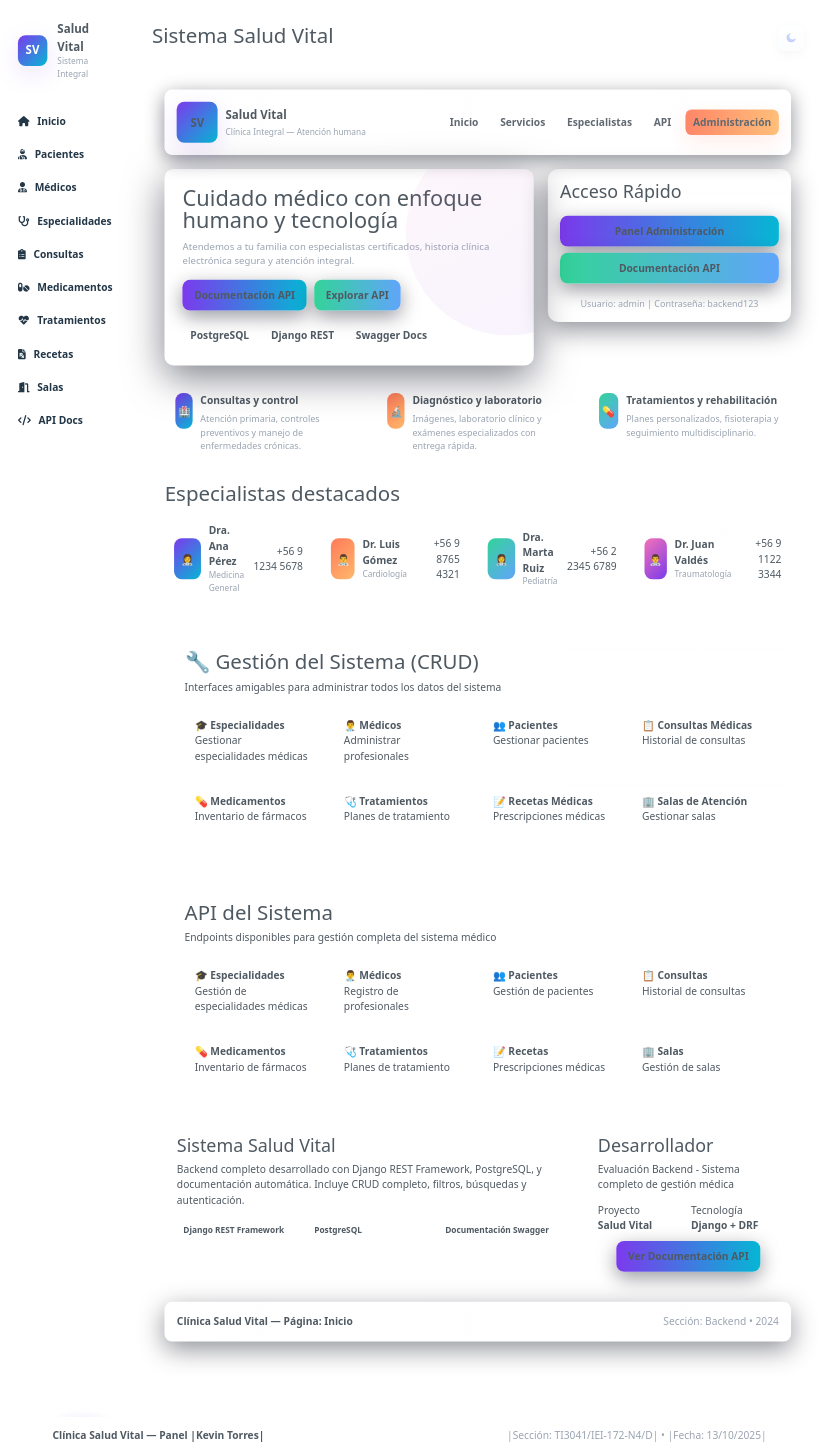
Repository: KeviNozh/eva2_clinica
Page: templates/index.html
These files come from the project's save history. The page is drawn as it stood at one moment and after the next save; the edit follows.
The browser window is 1280 px wide. The pictures show the whole page, at 64% of full size.
The template is drawn by Django 5.2. The application's start-up code is not run. Other server files are loaded and not shown. The template is opened directly, without the code that normally fills it, so the values that code supplies are empty.

Above is the page before, as saved 2025-10-14 19:46:17.

### templates/index.html
{% extends 'base.html' %}

{% block title %}Inicio - Salud Vital{% endblock %}

{% block content %}
<!DOCTYPE html>
<html lang="es">
<head>
  <meta charset="utf-8" />
  <meta name="viewport" content="width=device-width,initial-scale=1" />
  <style>
  /* Paleta viva y variables */
  :root{
    --bg:#ffffff;      /* fondo oscuro general */
    --soft-bg:#f6fbff;          /* paneles claros */
    --glass: rgba(224, 255, 246, 0.06);
    --muted:#9aa4b2;
    --white:#4f5962;

    --c1-start:#7c3aed; --c1-end:#06b6d4;   /* morado -> cian */
    --c2-start:#ff7a59; --c2-end:#ffb86b;   /* naranja -> amarillo */
    --c3-start:#34d399; --c3-end:#60a5fa;   /* verde -> azul */
    --c4-start:#f472b6; --c4-end:#7c3aed;   /* rosa -> morado */

    --radius:14px;
    --shadow-lg: 0 18px 60px rgba(2,6,23,0.5);
    --max-width:1200px;
    font-family: Inter, system-ui, -apple-system, "Segoe UI", Roboto, "Helvetica Neue", Arial, sans-serif;
    color-scheme: dark;
  }

  /* Reset y layout */
  *{box-sizing:border-box}
  html,body{height:100%;margin:0;background:
    radial-gradient(600px 300px at 10% 10%, rgba(124,58,237,0.12), transparent 10%),
    radial-gradient(500px 240px at 90% 70%, rgba(6,182,212,0.08), transparent 8%),
    var(--bg);
    -webkit-font-smoothing:antialiased;color:var(--white);
  }
  a{color:inherit;text-decoration:none}
  .wrap{max-width:var(--max-width);margin:30px auto;padding:20px}

  /* Header */
  header.site{
    display:flex;align-items:center;gap:16px;padding:18px;border-radius:12px;
    background: linear-gradient(90deg, rgba(255,255,255,0.03), rgba(255,255,255,0.02));
    border: 1px solid rgba(255,255,255,0.04);
    box-shadow: 0 8px 30px rgba(2,6,23,0.45);
  }
  .brand{display:flex;gap:12px;align-items:center}
  .logo{
    width:64px;height:64px;border-radius:12px;background:linear-gradient(135deg,var(--c1-start),var(--c1-end));
    display:grid;place-items:center;font-weight:900;font-size:18px;color:var(--white);box-shadow:0 12px 40px rgba(124,58,237,0.14)
  }
  .brand .title{font-weight:800;font-size:18px}
  .brand .subtitle{font-size:13px;color:var(--muted);margin-top:4px}

  nav.main{margin-left:auto;display:flex;gap:10px;align-items:center}
  .nav-link{padding:8px 12px;border-radius:10px;color:var(--white);opacity:0.9;font-weight:700}
  .nav-link.ghost{background:transparent;border:1px solid rgba(255,255,255,0.04);opacity:0.8}
  .nav-link.cta{background:linear-gradient(90deg,var(--c2-start),var(--c2-end));box-shadow:0 12px 30px rgba(255,122,89,0.14)}

  /* Hero */
  .hero{display:grid;grid-template-columns:1fr 380px;gap:22px;margin-top:22px;align-items:start}
  @media (max-width:980px){ .hero{grid-template-columns:1fr} }
  .hero-card{
    background: linear-gradient(180deg, rgba(255,255,255,0.04), rgba(255,255,255,0.02));
    border-radius:var(--radius);padding:28px;box-shadow:var(--shadow-lg);
    position:relative;overflow:hidden;
  }
  /* decorative shapes */
  .hero-card::before{
    content:"";position:absolute;right:-120px;top:-60px;width:320px;height:320px;border-radius:160px;
    background:linear-gradient(135deg,var(--c4-start),var(--c4-end));opacity:0.06;transform:rotate(20deg);
  }
  .hero h1{margin:0;font-size:34px;line-height:1.02}
  .hero p{margin:12px 0;color:var(--muted);font-size:15px}
  .cta-group{display:flex;gap:12px;margin-top:18px;flex-wrap:wrap}
  .btn{
    padding:12px 18px;border-radius:12px;border:0;font-weight:800;cursor:pointer;
    color:var(--white);box-shadow:0 10px 30px rgba(2,6,23,0.4)
  }
  .btn.primary{background:linear-gradient(90deg,var(--c1-start),var(--c1-end))}
  .btn.alt{background:linear-gradient(90deg,var(--c3-start),var(--c3-end))}

  /* Appointment card (right) */
  .appointment{
    background: linear-gradient(180deg, rgba(255,255,255,0.03), rgba(255,255,255,0.02));
    padding:18px;border-radius:16px;border:1px solid rgba(255,255,255,0.04);box-shadow:0 12px 40px rgba(2,6,23,0.45)
  }
  .appointment h3{margin:0 0 10px 0}
  .appointment label{display:block;font-size:13px;color:var(--muted);margin-bottom:6px}
  .appointment input, .appointment select{width:100%;padding:10px;border-radius:10px;border:1px solid rgba(255,255,255,0.04);background:transparent;color:var(--white);margin-bottom:10px}

  /* Services grid */
  .services{display:grid;grid-template-columns:repeat(3,1fr);gap:14px;margin-top:26px}
  @media (max-width:1100px){ .services{grid-template-columns:repeat(2,1fr)} }
  @media (max-width:700px){ .services{grid-template-columns:1fr} }
  .service{
    background:linear-gradient(180deg, rgba(255,255,255,0.02), rgba(255,255,255,0.01));
    padding:16px;border-radius:12px;border:1px solid rgba(255,255,255,0.03);display:flex;gap:12px;align-items:flex-start;
  }
  .service .icon{width:56px;height:56px;border-radius:12px;display:grid;place-items:center;color:var(--white);font-weight:900}
  .s1{background:linear-gradient(135deg,var(--c1-start),var(--c1-end))}
  .s2{background:linear-gradient(135deg,var(--c2-start),var(--c2-end))}
  .s3{background:linear-gradient(135deg,var(--c3-start),var(--c3-end))}
  .service .title{font-weight:800}
  .service .desc{color:var(--muted);margin-top:6px;font-size:14px}

  /* Specialists */
  .specialists{margin-top:28px}
  .specialists h2{margin:0 0 12px 0}
  .cards{display:grid;grid-template-columns:repeat(4,1fr);gap:14px}
  @media (max-width:1100px){ .cards{grid-template-columns:repeat(2,1fr)} }
  @media (max-width:600px){ .cards{grid-template-columns:1fr} }
  .doctor{
    background:linear-gradient(180deg, rgba(255,255,255,0.02), rgba(255,255,255,0.01));
    padding:14px;border-radius:12px;border:1px solid rgba(255,255,255,0.03);display:flex;gap:12px;align-items:center;
  }
  .avatar{width:64px;height:64px;border-radius:12px;display:grid;place-items:center;font-weight:900;color:var(--white)}
  .avatar.a1{background:linear-gradient(135deg,var(--c1-start),var(--c1-end))}
  .avatar.a2{background:linear-gradient(135deg,var(--c2-start),var(--c2-end))}
  .avatar.a3{background:linear-gradient(135deg,var(--c3-start),var(--c3-end))}
  .avatar.a4{background:linear-gradient(135deg,var(--c4-start),var(--c4-end))}
  .doc-meta .name{font-weight:800}
  .doc-meta .spec{color:var(--muted);font-size:13px}

  /* Facilities / base */
  .base{display:grid;grid-template-columns:2fr 1fr;gap:16px;margin-top:28px}
  @media (max-width:900px){ .base{grid-template-columns:1fr} }
  .about, .contact{
    background: linear-gradient(180deg, rgba(255,255,255,0.02), rgba(255,255,255,0.01));
    padding:18px;border-radius:12px;border:1px solid rgba(255,255,255,0.03);
  }
  .about h3{margin-top:0}
  .features{display:grid;grid-template-columns:repeat(3,1fr);gap:10px;margin-top:12px}
  .feature{padding:10px;border-radius:10px;background:linear-gradient(90deg, rgba(255,255,255,0.02), transparent);font-weight:700;color:var(--white);font-size:13px}

  /* Contact */
  .contact form input, .contact form textarea{width:100%;padding:10px;border-radius:10px;border:1px solid rgba(255,255,255,0.04);background:transparent;color:var(--white);margin-bottom:8px}

  /* Footer */
  footer.site{
    margin-top:28px;padding:18px;border-radius:12px;background:linear-gradient(90deg, rgba(255,255,255,0.03), rgba(255,255,255,0.02));
    border:1px solid rgba(255,255,255,0.04);
    display:flex;justify-content:space-between;align-items:center;gap:12px;box-shadow:0 12px 40px rgba(2,6,23,0.45)
  }
  .footer-left{font-weight:800}
  .footer-right{color:var(--muted)}
  .pill{display:inline-block;padding:8px 12px;border-radius:999px;background:rgba(255,255,255,0.04);font-weight:700}

  /* API Links Section */
  .api-section {
    margin-top: 40px;
    padding: 30px;
    background: linear-gradient(180deg, rgba(255,255,255,0.03), rgba(255,255,255,0.01));
    border-radius: 16px;
    border: 1px solid rgba(255,255,255,0.04);
  }
  .api-links {
    display: grid;
    grid-template-columns: repeat(auto-fit, minmax(200px, 1fr));
    gap: 15px;
    margin-top: 20px;
  }
  .api-link {
    padding: 15px;
    background: rgba(255,255,255,0.02);
    border-radius: 10px;
    border: 1px solid rgba(255,255,255,0.03);
    transition: all 0.3s ease;
  }
  .api-link:hover {
    background: rgba(255,255,255,0.05);
    transform: translateY(-2px);
  }

  /* Small responsive tweaks */
  @media (max-width:520px){
    .nav-link{display:none}
    header.site{padding:12px}
    .logo{width:52px;height:52px}
  }
  </style>
</head>
<body>
  <div class="wrap">
    <!-- Header -->
    <header class="site" role="banner" aria-label="Encabezado principal">
      <div class="brand">
        <div class="logo" aria-hidden>SV</div>
        <div>
          <div class="title">Salud Vital</div>
          <div class="subtitle">Clínica Integral — Atención humana</div>
        </div>
      </div>

      <nav class="main" role="navigation" aria-label="Navegación principal">
        <a class="nav-link" href="#home">Inicio</a>
        <a class="nav-link" href="#servicios">Servicios</a>
        <a class="nav-link" href="#medicos">Especialistas</a>
        <a class="nav-link" href="#api">API</a>
        <a class="nav-link cta" href="/admin/">Administración</a>
      </nav>
    </header>

    <!-- Hero + Appointment -->
    <section class="hero" id="home" aria-labelledby="hero-title">
      <div class="hero-card">
        <h1 id="hero-title">Cuidado médico con enfoque humano y tecnología</h1>
        <p>Atendemos a tu familia con especialistas certificados, historia clínica electrónica segura y atención integral.</p>

        <div class="cta-group">
          <a class="btn primary" href="/api/docs/">Documentación API</a>
          <a class="btn alt" href="/api/">Explorar API</a>
        </div>

        <div style="margin-top:18px;display:flex;gap:10px;flex-wrap:wrap">
          <span class="pill">PostgreSQL</span>
          <span class="pill">Django REST</span>
          <span class="pill">Swagger Docs</span>
        </div>
      </div>

      <aside class="appointment" aria-labelledby="ap-title" id="cita">
        <h3 id="ap-title">Acceso Rápido</h3>
        <div style="text-align: center; margin: 20px 0;">
          <a href="/admin/" class="btn primary" style="display: block; margin-bottom: 10px;">Panel Administración</a>
          <a href="/api/docs/" class="btn alt" style="display: block;">Documentación API</a>
        </div>
        <div style="color: var(--muted); font-size: 14px; text-align: center;">
          Usuario: admin | Contraseña: backend123
        </div>
      </aside>
    </section>

    <!-- Services -->
    <section id="servicios" class="services" aria-label="Servicios destacados">
      <article class="service">
        <div class="icon s1">🏥</div>
        <div>
          <div class="title">Consultas y control</div>
          <div class="desc">Atención primaria, controles preventivos y manejo de enfermedades crónicas.</div>
        </div>
      </article>

      <article class="service">
        <div class="icon s2">🔬</div>
        <div>
          <div class="title">Diagnóstico y laboratorio</div>
          <div class="desc">Imágenes, laboratorio clínico y exámenes especializados con entrega rápida.</div>
        </div>
      </article>

      <article class="service">
        <div class="icon s3">💊</div>
        <div>
          <div class="title">Tratamientos y rehabilitación</div>
          <div class="desc">Planes personalizados, fisioterapia y seguimiento multidisciplinario.</div>
        </div>
      </article>
    </section>

    <!-- Specialists -->
    <section class="specialists" id="medicos">
      <h2>Especialistas destacados</h2>
      <div class="cards" role="list">
        <div class="doctor" role="listitem">
          <div class="avatar a1">👩‍⚕️</div>
          <div class="doc-meta" style="flex:1">
            <div class="name">Dra. Ana Pérez</div>
            <div class="spec">Medicina General</div>
          </div>
          <div style="text-align:right">
            <div class="muted">+56 9 1234 5678</div>
          </div>
        </div>

        <div class="doctor">
          <div class="avatar a2">👨‍⚕️</div>
          <div class="doc-meta" style="flex:1">
            <div class="name">Dr. Luis Gómez</div>
            <div class="spec">Cardiología</div>
          </div>
          <div style="text-align:right">
            <div class="muted">+56 9 8765 4321</div>
          </div>
        </div>

        <div class="doctor">
          <div class="avatar a3">👩‍⚕️</div>
          <div class="doc-meta" style="flex:1">
            <div class="name">Dra. Marta Ruiz</div>
            <div class="spec">Pediatría</div>
          </div>
          <div style="text-align:right">
            <div class="muted">+56 2 2345 6789</div>
          </div>
        </div>

        <div class="doctor">
          <div class="avatar a4">👨‍⚕️</div>
          <div class="doc-meta" style="flex:1">
            <div class="name">Dr. Juan Valdés</div>
            <div class="spec">Traumatología</div>
          </div>
          <div style="text-align:right">
            <div class="muted">+56 9 1122 3344</div>
          </div>
        </div>
      </div>
    </section>

<!-- Agregar esta sección después de "Especialistas destacados" -->
<section class="api-section" id="crud">
  <h2>🔧 Gestión del Sistema (CRUD)</h2>
  <p class="muted">Interfaces amigables para administrar todos los datos del sistema</p>

  <div class="api-links">
    <a href="/crud/especialidades/" class="api-link">
      <strong>🎓 Especialidades</strong>
      <div class="muted">Gestionar especialidades médicas</div>
    </a>
    <a href="/crud/medicos/" class="api-link">
      <strong>👨‍⚕️ Médicos</strong>
      <div class="muted">Administrar profesionales</div>
    </a>
    <a href="/crud/pacientes/" class="api-link">
      <strong>👥 Pacientes</strong>
      <div class="muted">Gestionar pacientes</div>
    </a>
    <a href="/crud/consultas/" class="api-link">
      <strong>📋 Consultas Médicas</strong>
      <div class="muted">Historial de consultas</div>
    </a>
    <a href="/crud/medicamentos/" class="api-link">
      <strong>💊 Medicamentos</strong>
      <div class="muted">Inventario de fármacos</div>
    </a>
    <a href="/crud/tratamientos/" class="api-link">
      <strong>🩺 Tratamientos</strong>
      <div class="muted">Planes de tratamiento</div>
    </a>
    <a href="/crud/recetas/" class="api-link">
      <strong>📝 Recetas Médicas</strong>
      <div class="muted">Prescripciones médicas</div>
    </a>
    <a href="/crud/salas/" class="api-link">
      <strong>🏢 Salas de Atención</strong>
      <div class="muted">Gestionar salas</div>
    </a>
  </div>
</section>

    <!-- API Section -->
    <section class="api-section" id="api">
      <h2>API del Sistema</h2>
      <p class="muted">Endpoints disponibles para gestión completa del sistema médico</p>

      <div class="api-links">
        <a href="/api/especialidades/" class="api-link">
          <strong>🎓 Especialidades</strong>
          <div class="muted">Gestión de especialidades médicas</div>
        </a>
        <a href="/api/medicos/" class="api-link">
          <strong>👨‍⚕️ Médicos</strong>
          <div class="muted">Registro de profesionales</div>
        </a>
        <a href="/api/pacientes/" class="api-link">
          <strong>👥 Pacientes</strong>
          <div class="muted">Gestión de pacientes</div>
        </a>
        <a href="/api/consultas-medicas/" class="api-link">
          <strong>📋 Consultas</strong>
          <div class="muted">Historial de consultas</div>
        </a>
        <a href="/api/medicamentos/" class="api-link">
          <strong>💊 Medicamentos</strong>
          <div class="muted">Inventario de fármacos</div>
        </a>
        <a href="/api/tratamientos/" class="api-link">
          <strong>🩺 Tratamientos</strong>
          <div class="muted">Planes de tratamiento</div>
        </a>
        <a href="/api/recetas-medicas/" class="api-link">
          <strong>📝 Recetas</strong>
          <div class="muted">Prescripciones médicas</div>
        </a>
        <a href="/api/salas-atencion/" class="api-link">
          <strong>🏢 Salas</strong>
          <div class="muted">Gestión de salas</div>
        </a>
      </div>
    </section>

    <!-- Base / About & Contact -->
    <section class="base" id="contacto">
      <div class="about">
        <h3>Sistema Salud Vital</h3>
        <p class="muted">Backend completo desarrollado con Django REST Framework, PostgreSQL, y documentación automática. Incluye CRUD completo, filtros, búsquedas y autenticación.</p>

        <div class="features" aria-hidden>
          <div class="feature">Django REST Framework</div>
          <div class="feature">PostgreSQL</div>
          <div class="feature">Documentación Swagger</div>
        </div>
      </div>

      <aside class="contact" aria-labelledby="contact-title">
        <h3 id="contact-title">Desarrollador</h3>
        <p class="muted">Evaluación Backend - Sistema completo de gestión médica</p>

        <div style="display:flex;gap:8px;margin-top:8px">
          <div style="flex:1">
            <div class="muted">Proyecto</div>
            <div style="font-weight:800">Salud Vital</div>
          </div>
          <div style="flex:1">
            <div class="muted">Tecnología</div>
            <div style="font-weight:800">Django + DRF</div>
          </div>
        </div>

        <div style="margin-top:12px; text-align: center;">
          <a href="/api/docs/" class="btn primary">Ver Documentación API</a>
        </div>
      </aside>
    </section>

    <!-- Footer -->
    <footer class="site" role="contentinfo">
      <div class="footer-left">
        Clínica Salud Vital — Página: Inicio
      </div>
      <div class="footer-right">
        <div class="muted">Sección: Backend • <span>2024</span></div>
      </div>
    </footer>
  </div>
</body>
</html>
{% endblock %}

Loaded but not shown: templates/base.html (345 lines, source omitted)

After the next save:
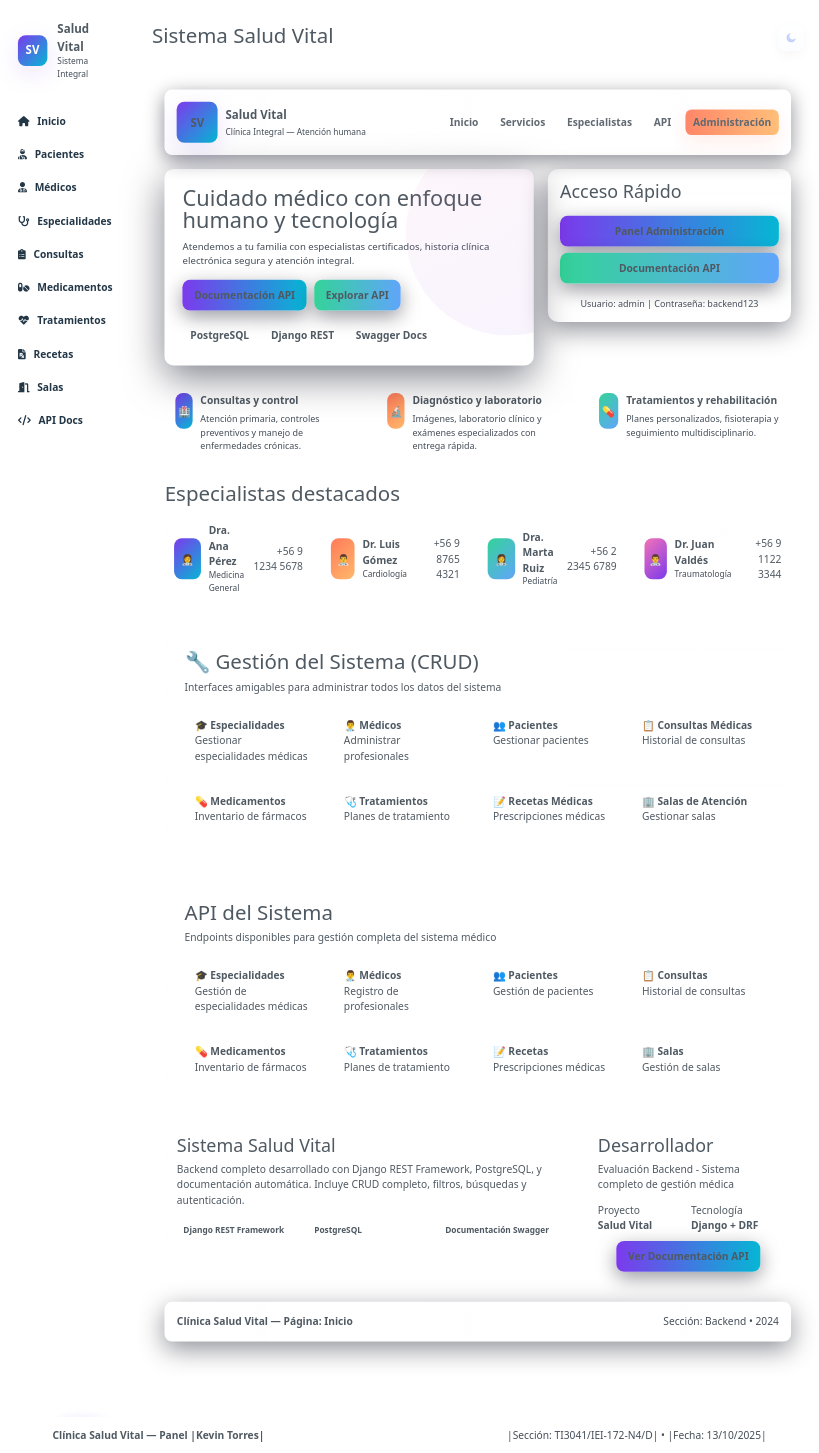
Saved 5 s later.
--- a/templates/index.html
+++ b/templates/index.html
@@ -14,7 +14,7 @@
     --bg:#ffffff;      /* fondo oscuro general */
     --soft-bg:#f6fbff;          /* paneles claros */
     --glass: rgba(224, 255, 246, 0.06);
-    --muted:#9aa4b2;
+    --muted:#444d58;
     --white:#4f5962;
 
     --c1-start:#7c3aed; --c1-end:#06b6d4;   /* morado -> cian */
